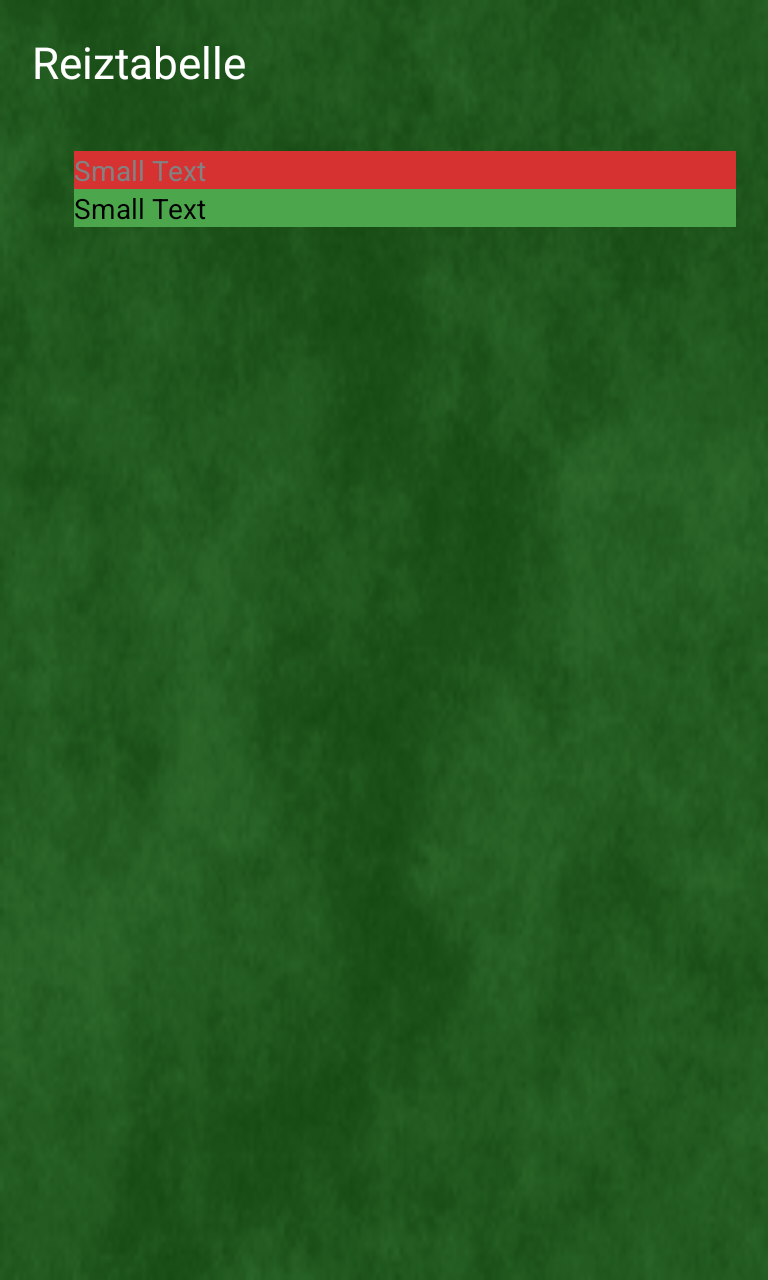
Repository: razinanu/InSy-Skat
Layout: InSy-Skat/res/layout/fragment_result.xml
An editor plug-in stored every save of this project. The layout is shown before and after the next save, followed by the edit.
It is drawn on a 768 x 1280 px phone screen (xhdpi) without system bars, with theme AppTheme; the app's code is not run.

Above is the layout before, as saved 2014-06-19 18:37:45.

After the next save:
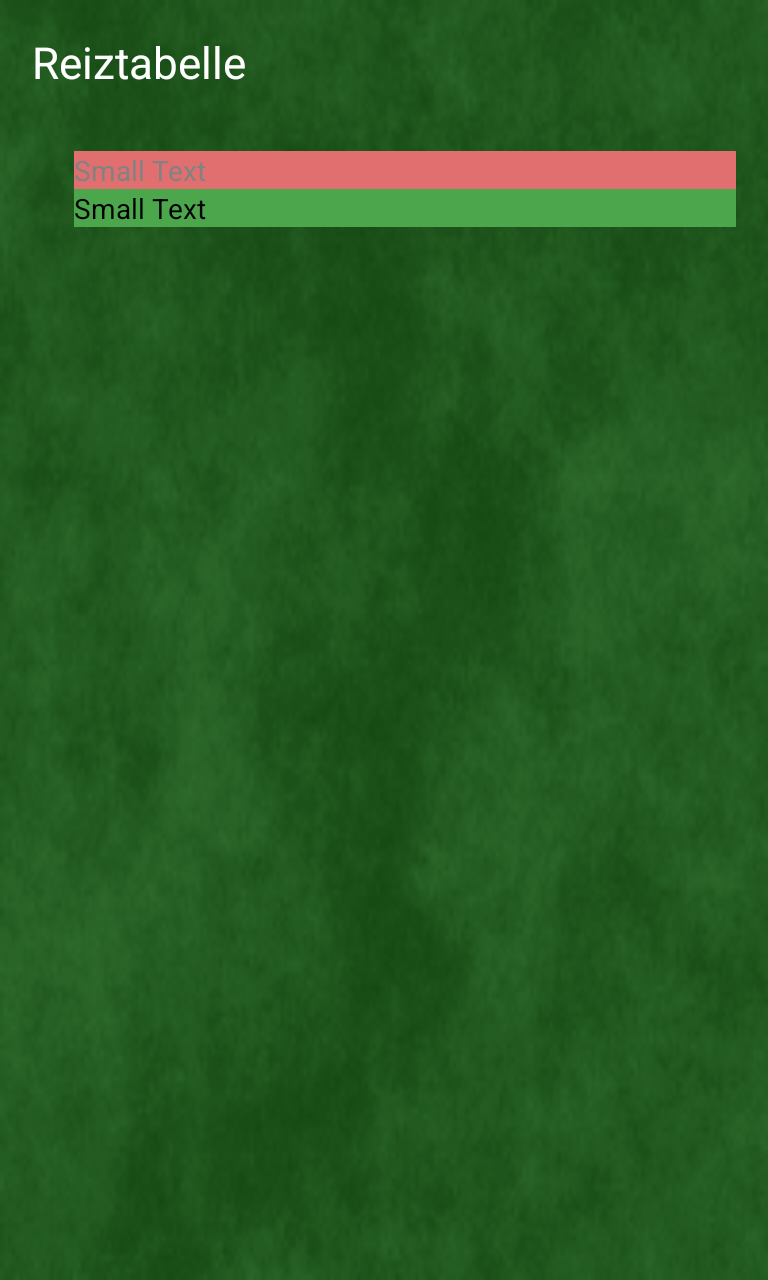
Saved 15 min 31 s later.
--- a/InSy-Skat/res/values/color.xml
+++ b/InSy-Skat/res/values/color.xml
@@ -3,5 +3,5 @@
 <color name="textAvailable">#000000</color>
 <color name="textnotAvailable">#828282</color>
 <color name="backgroundAvailable">#4CA64C</color>
-<color name="backgroundnotAvailable">#D63232</color>
+<color name="backgroundnotAvailable">#E26F6F</color>
 </resources>
